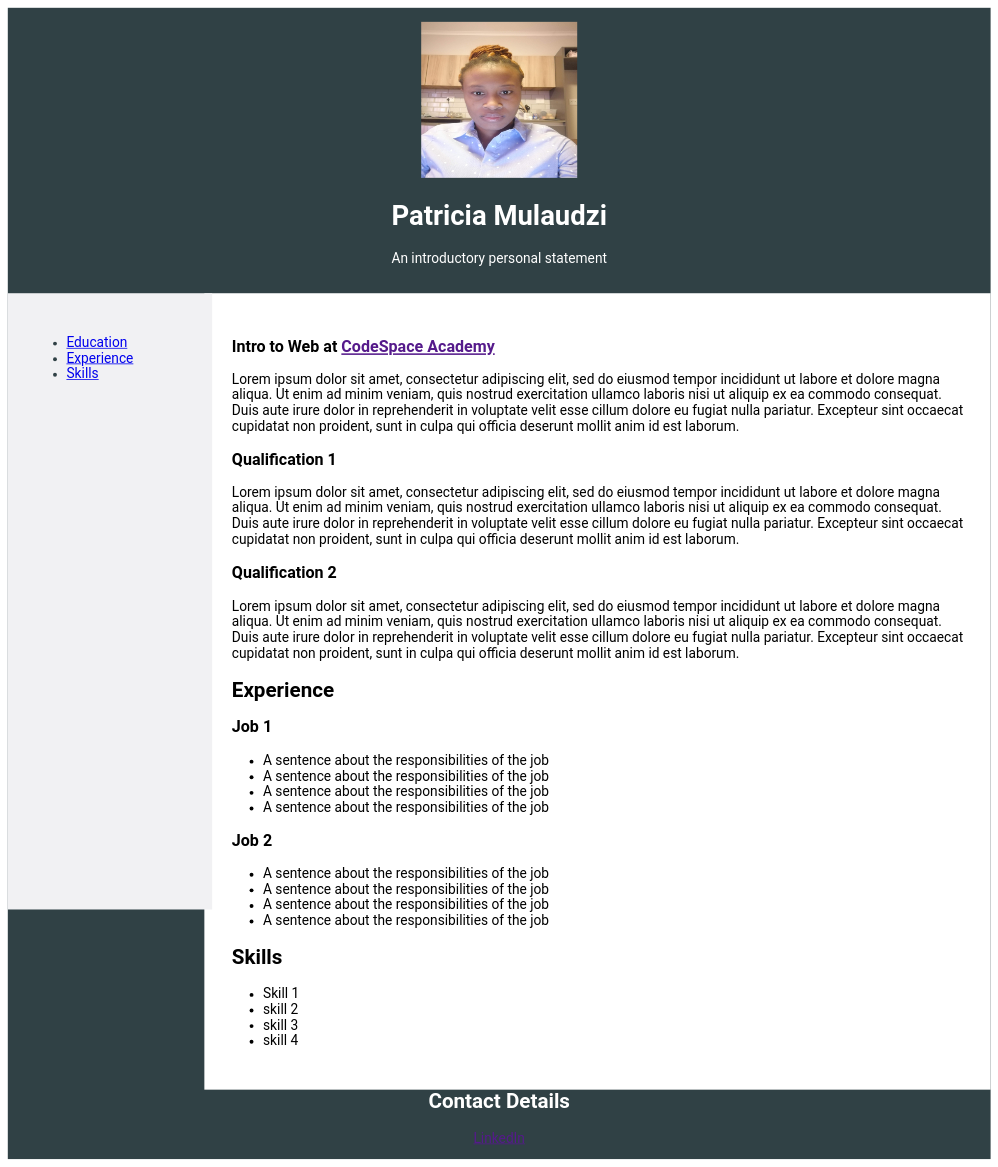
Repository: Patricious/Digital-Resume-01
Page: index.html
These files come from the project's save history. The page is drawn as it stood at one moment and after the next save; the edit follows.
The browser window is 1280 px wide. The pictures show the whole page, at 78% of full size.

Above is the page before, as saved 2021-08-23 10:46:32.

After the next save:
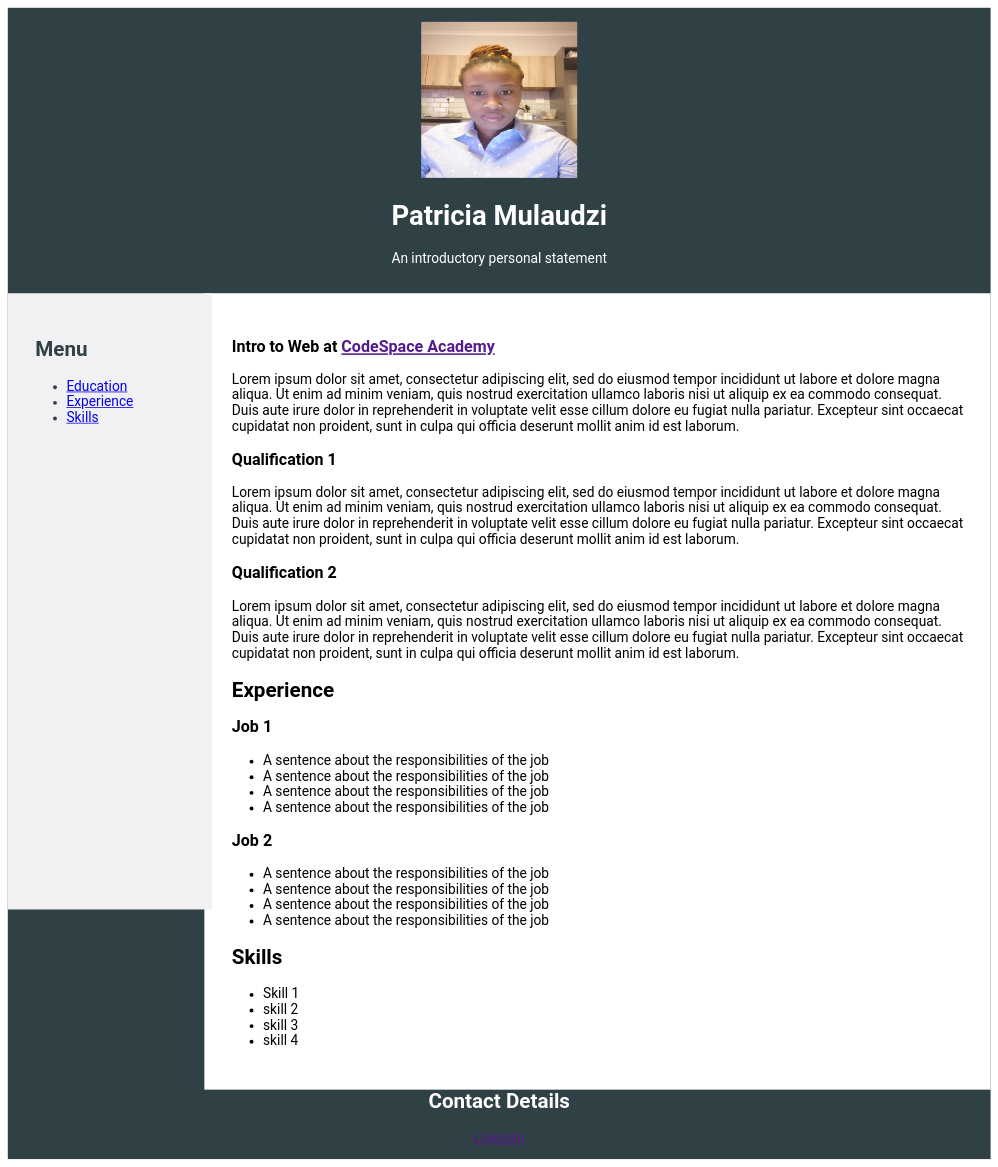
Saved 36 s later.
--- a/index.html
+++ b/index.html
@@ -14,8 +14,8 @@
         <p>An introductory personal statement</p>
     </header>
     <aside>
-
-        <ul>
+        <h2>Menu</h2>
+        <ul class="nav">
             <li>
                 <a href="#education">Education</a>
             </li>
